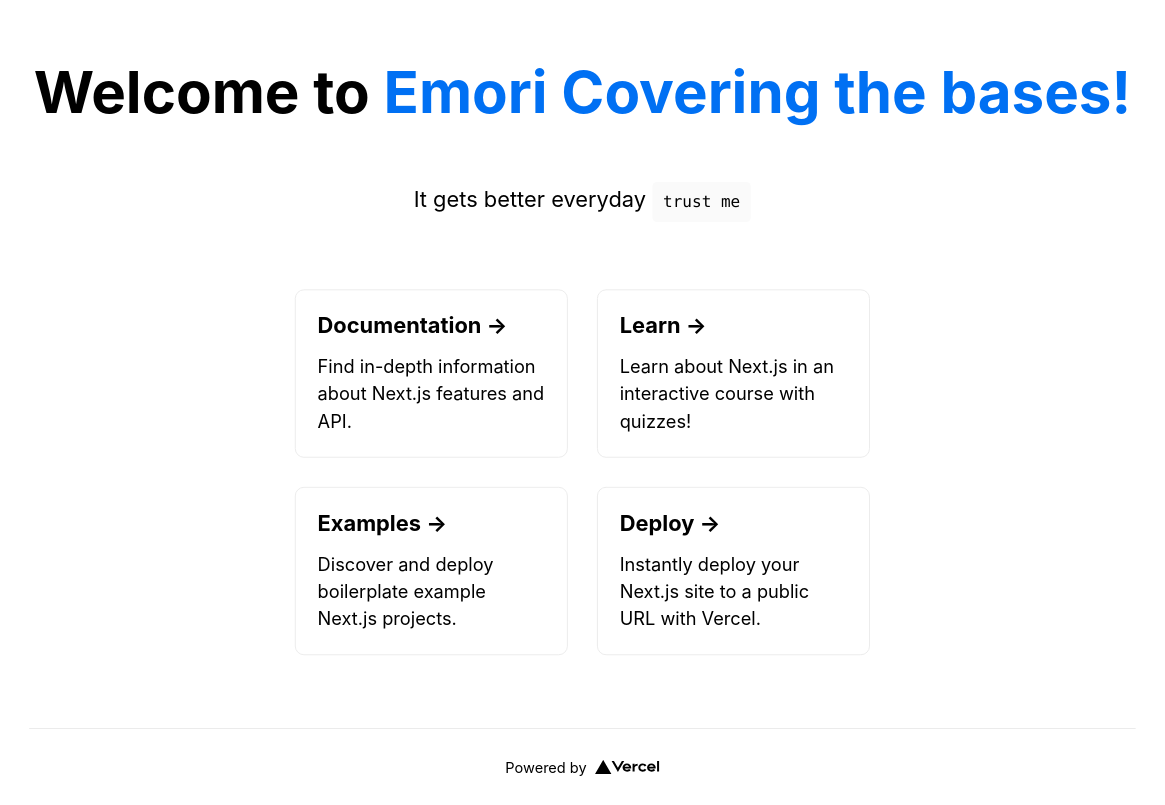
Repository: emorilebo/next-linkedin-training
Page: /
An editor plug-in stored every save of this project. The page is shown before and after the next save, followed by the edit.
The browser window is 1280 px wide. The pictures show the whole page, at 91% of full size.
The project was rebuilt for these pictures with package versions that can differ from the ones it lists, and the page was loaded fresh each time. The framework's server and built-in components were replaced by stand-ins that run in the browser. Also part of the build but not shown: next.config.js.

Above is the page before, as saved 2022-12-25 17:52:16.

After the next save:
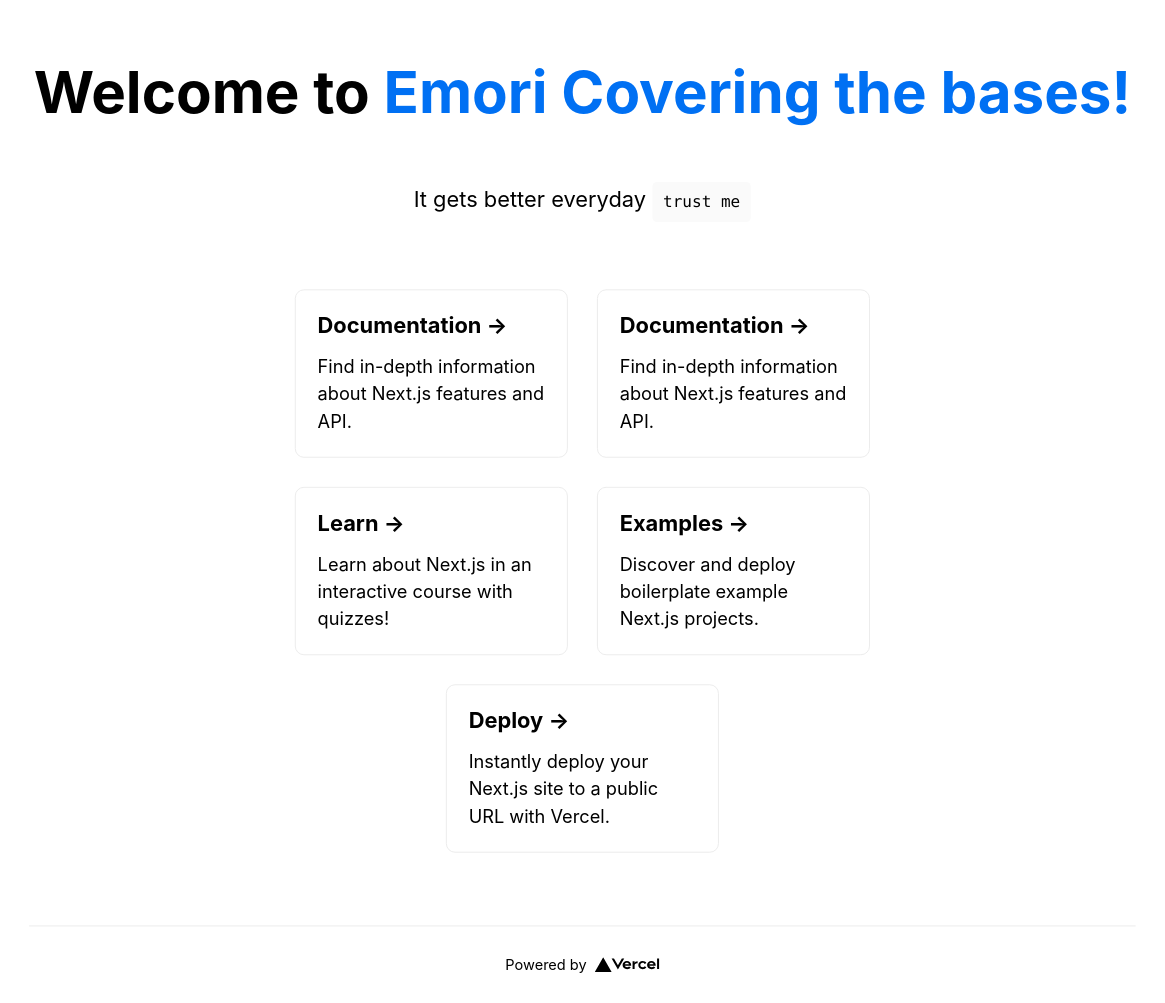
Saved 3 min 51 s later.
--- a/pages/index.js
+++ b/pages/index.js
@@ -25,6 +25,10 @@
         </p>
 
         <div className={styles.grid}>
+          <Link href="/learn/next" className={styles.card}>
+            <h2>Documentation &rarr;</h2>
+            <p>Find in-depth information about Next.js features and API.</p>
+          </Link>
           <Link href="/learn/next" className={styles.card}>
             <h2>Documentation &rarr;</h2>
             <p>Find in-depth information about Next.js features and API.</p>
